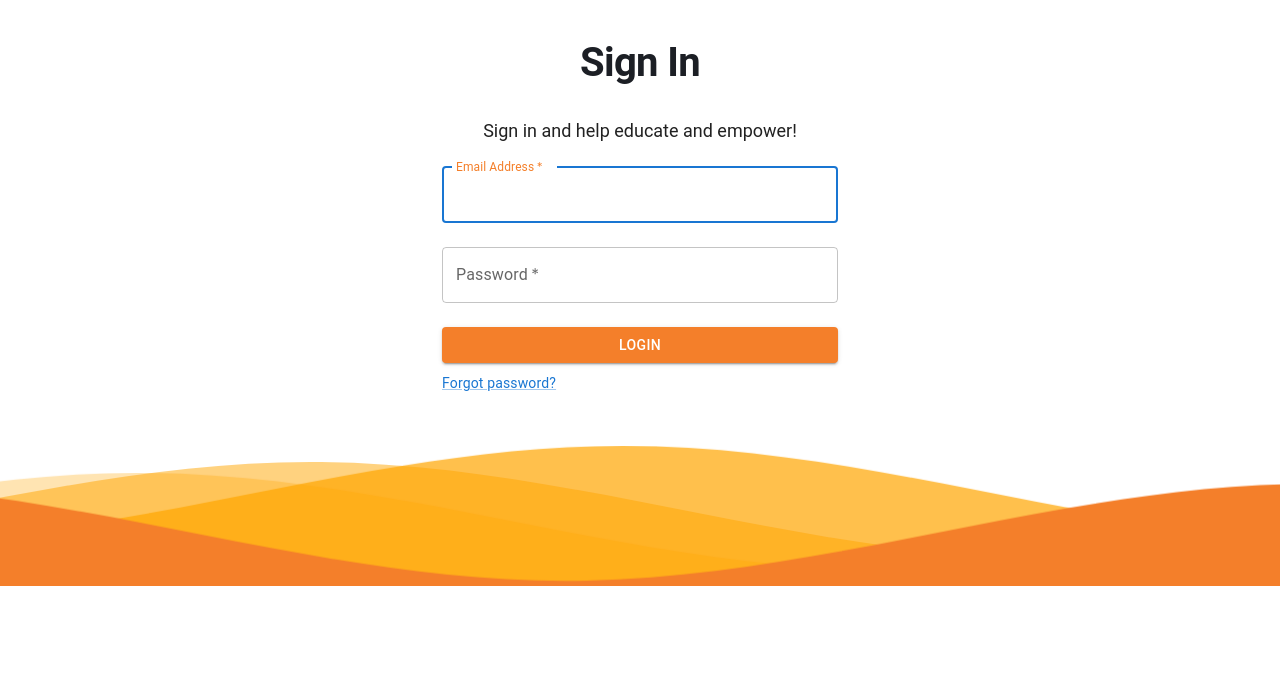
Repository: shubhampirate/Google_Solutions_Edural
Page: /
The author's editor kept a copy of each file at every save. The page is drawn from the files as they stood at one save, then again after the next save.
The browser window is 1280 px wide. The pictures show the whole page.
The project was rebuilt for these pictures with package versions that can differ from the ones it lists, and the page was loaded fresh each time. Some packages were replaced by stand-ins written for this rebuild. Also part of the build but not shown: src/Components/CustomButton.jsx, src/Components/Navbar.jsx, src/Components/Footer.jsx, src/Components/CongratsCard.jsx, src/pages/Hero/Hero.jsx.

Above is the page before, as saved 2024-02-02 20:56:50.

### src/App.jsx
import Hero from "./pages/Hero/Hero";
import SignIn from "./pages/Sign_in";
import {useState} from "react";
function App() {
  return (
    <>
      {/* <Hero />   */}
      <SignIn />
         </>
  );
}

export default App;

### src/pages/Sign_in.jsx
import * as React from 'react';
import Avatar from '@mui/material/Avatar';
import Button from '@mui/material/Button';
import CssBaseline from '@mui/material/CssBaseline';
import TextField from '@mui/material/TextField';
import FormControlLabel from '@mui/material/FormControlLabel';
import Checkbox from '@mui/material/Checkbox';
import Link from '@mui/material/Link';
import Grid from '@mui/material/Grid';
import Box from '@mui/material/Box';
import LockOutlinedIcon from '@mui/icons-material/LockOutlined';
import Typography from '@mui/material/Typography';
import Container from '@mui/material/Container';
import { createTheme, ThemeProvider } from '@mui/material/styles';
import { styled } from "@mui/material";
import Swal from 'sweetalert2';
import CustomButton from "../Components/CustomButton";
// import { useNavigate } from 'react-router-dom';

const defaultTheme = createTheme();

export default function SignIn() {

//   const navigate = useNavigate();

  const handleSubmit = (event) => {
    event.preventDefault();
    const data = new FormData(event.currentTarget);

    const searchData = {
      email: data.get('email'),
      password: data.get('password'),
    }
    console.log({
      email: data.get('email'),
      password: data.get('password'),
    });

    // fetch(`https://wixstocle.pythonanywhere.com/api/login/`, {
    //   method: 'POST',
    //   headers: {
    //     'Content-Type': 'application/json',
    //   },
    //   body: JSON.stringify(searchData),
    // }).then((response) => response.json())
    //   .then((data) => {
    //     // console.log(data);
    //     if (data.status == true) {
    //       Swal.fire({
    //         icon: 'success',
    //         title: 'Successfully Logged In',
    //         showConfirmButton: false,
    //         timer: 3000
    //       })
    //       navigate('/dashboard')
    //     }
    //     else {
    //       Swal.fire({
    //         icon: 'error',
    //         title: data.message,
    //         showConfirmButton: false,
    //         timer: 3000
    //       })
    //     }
    //   })
    //   .catch((error) => {
    //     // console.error(error);
    //   });

  };
  const Title = styled(Typography)(({ theme }) => ({
    fontSize: "40px",
    color: "#000336",
    fontWeight: "bold",
    textAlign: "center",
    margin: theme.spacing(4, 0, 4, 0),
    [theme.breakpoints.down("sm")]: {
      fontSize: "40px",
    },
  }));


  return (
    // <ThemeProvider theme={defaultTheme}>
    //   <Container component="main" maxWidth="xs">
    //     <CssBaseline />
    //     <Box
    //       sx={{
    //         marginTop: 1,
    //         display: 'flex',
    //         flexDirection: 'column',
    //         alignItems: 'center',
    //       }}
    //     >

    //       <Title variant="h1" sx={{ color: "#1C1F25" }}>
    //         Sign In
    //       </Title>
    //       <Typography component="h2" variant="h5" sx={{ fontSize: "18px" }}>
    //         Sign in and help educate and empower !
    //       </Typography>
    //       <Box component="form" onSubmit={handleSubmit} noValidate sx={{ mt: 1 }}>
    //         <TextField
    //           margin="normal"
    //           required
    //           fullWidth
    //           id="email"
    //           label="Email Address"
    //           name="email"
    //           autoComplete="email"
    //           autoFocus
    //         />
    //         <TextField
    //           margin="normal"
    //           required
    //           fullWidth
    //           name="password"
    //           label="Password"
    //           type="password"
    //           id="password"
    //           autoComplete="current-password"
    //         />
    //         <FormControlLabel
    //           control={<Checkbox value="remember" color="primary" />}
    //           label="Remember me"
    //         />
    //         <Button
    //           type="submit"
    //           fullWidth
    //           variant="contained"

    //           sx={{ mt: 2, mb: 1 }}
    //         >
    //           Login
    //         </Button>
    //         <CustomButton
    //         type="submit"
    //           backgroundColor="#F47F2A"
    //           color="#fff"
    //           buttonText="Register"
    //           heroBtn={true}
    //         />
    //         <Grid container>
    //           <Grid item xs>
    //             <Link href="#" variant="body2">
    //               Forgot password?
    //             </Link>
    //           </Grid>

    //         </Grid>
    //       </Box>
    //     </Box>
    //   </Container>
    <ThemeProvider theme={defaultTheme}>
    <Container component="main" maxWidth="xs">
      <CssBaseline />
      <Box
        sx={{
          marginTop: 1,
          display: 'flex',
          flexDirection: 'column',
          alignItems: 'center',
        }}
      >
        <Title variant="h1" sx={{ color: "#1C1F25" }}>
            Sign In
           </Title>
        <Typography component="h2" variant="h5" sx={{ fontSize: "18px" }}>
          Sign in and help educate and empower!
        </Typography>
        <Box component="form" onSubmit={handleSubmit} noValidate sx={{ mt: 1 }}>
          <TextField
            margin="normal"
            required
            fullWidth
            id="email"
            label="Email Address"
            name="email"
            autoComplete="email"
            autoFocus
            sx={{
                '& .MuiOutlinedInput-root': {
                  '&:hover fieldset': {
                    borderColor: "#F47F2A", // Outline color on hover
                  },
                },
                '& .Mui-focused fieldset': {
                  borderColor: "#F47F2A", // Outline color when focused
                },

                '& .MuiInputLabel-root.Mui-focused': {
                  color: "#F47F2A", // Label color when focused
                },
                '& .MuiInputBase-input': {
                  color: "#F47F2A", // Text color
                },
              }}
          />
          <TextField
            margin="normal"
            required
            fullWidth
            name="password"
            label="Password"
            type="password"
            id="password"
            autoComplete="current-password"
            sx={{
                '& .MuiOutlinedInput-root': {
                  '&:hover fieldset': {
                    borderColor: "#F47F2A", // Outline color on hover
                  },
                },
                '& .Mui-focused fieldset': {
                  borderColor: "#F47F2A", // Outline color when focused
                },

                '& .MuiInputLabel-root.Mui-focused': {
                  color: "#F47F2A", // Label color when focused
                },
                '& .MuiInputBase-input': {
                  color: "#F47F2A", // Text color
                },
              }}
          />
          {/* <FormControlLabel
            control={<Checkbox value="remember" color="primary" />}
            label="Remember me"
          /> */}
          <Button
            type="submit"
            fullWidth
            variant="contained"

            sx={{
              mt: 2,
              mb: 1,
              backgroundColor: "#F47F2A", // Background color on hover
                color: "#fff", // Text color on hover
                // borderColor: "#F47F2A", //
              '&:hover': {
                backgroundColor: "#fff", // Background color on hover
                color: "#F47F2A", // Text color on hover
                borderColor: "#F47F2A", // Outline color on hover
              },
            }}
          >
            Login
          </Button>
          <Grid container>
            <Grid item xs>
              <Link href="#" variant="body2">
                Forgot password?
              </Link>
            </Grid>
          </Grid>
        </Box>
      </Box>
    </Container>
    <div style={{ marginTop: "2.5rem", marginBottom: "-1rem" }}>
  <svg
    style={{
      position: 'relative',
      width: '100%',
      height: '21vh',
    }}
    xmlns="http://www.w3.org/2000/svg"
    xmlnsXlink="http://www.w3.org/1999/xlink"
    viewBox="0 24 150 28"
    preserveAspectRatio="none"
    shapeRendering="auto"
  >
    <defs>
      <path
        id="gentle-wave"
        d="M-160 44c30 0 58-18 88-18s 58 18 88 18 58-18 88-18 58 18 88 18 v44h-352z"
      />
    </defs>
    <g className="parallax">
      <use xlinkHref="#gentle-wave" x="48" y="0" fill="rgba(255,165,0,0.7)" />
      <use xlinkHref="#gentle-wave" x="48" y="3" fill="rgba(255,165,0,0.5)" />
      <use xlinkHref="#gentle-wave" x="48" y="5" fill="rgba(255,165,0,0.3)" />
      <use xlinkHref="#gentle-wave" x="48" y="7" fill="#F47F2A" />
    </g>
  </svg>
  <style>
    {`
      .parallax > use {
        animation: move-forever 25s cubic-bezier(.55,.5,.45,.5) infinite;
      }
      .parallax > use:nth-child(1) {
        animation-delay: -2s;
        animation-duration: 7s;
      }
      .parallax > use:nth-child(2) {
        animation-delay: -3s;
        animation-duration: 10s;
      }
      .parallax > use:nth-child(3) {
        animation-delay: -4s;
        animation-duration: 13s;
      }
      .parallax > use:nth-child(4) {
        animation-delay: -5s;
        animation-duration: 20s;
      }
      @keyframes move-forever {
        0% {
          transform: translate3d(-90px,0,0);
        }
        100% {
          transform: translate3d(85px,0,0);
        }
      }
      @media (max-width: 768px) {
        .waves {
          height: 40px;
          min-height: 40px;
        }
      }
    `}
  </style>
</div>


    </ThemeProvider>
  );
}

Loaded but not shown: public/index.html (common file); src/index.js (common file); src/index.css (common file)

After the next save:
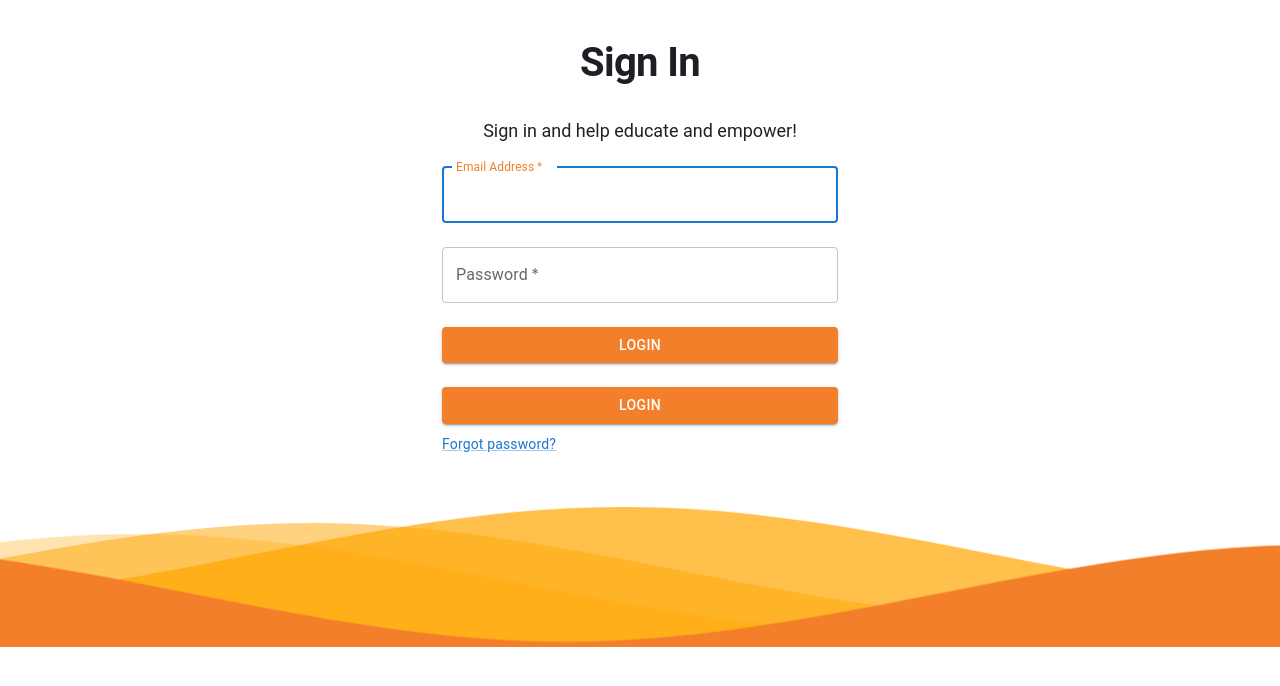
Saved 19 s later.
--- a/src/pages/Sign_in.jsx
+++ b/src/pages/Sign_in.jsx
@@ -227,6 +227,26 @@ export default function SignIn() {
             control={<Checkbox value="remember" color="primary" />}
             label="Remember me"
           /> */}
+          <Button
+            type="submit"
+            fullWidth
+            variant="contained"
+
+            sx={{
+              mt: 2,
+              mb: 1,
+              backgroundColor: "#F47F2A", // Background color on hover
+                color: "#fff", // Text color on hover
+                // borderColor: "#F47F2A", //
+              '&:hover': {
+                backgroundColor: "#fff", // Background color on hover
+                color: "#F47F2A", // Text color on hover
+                borderColor: "#F47F2A", // Outline color on hover
+              },
+            }}
+          >
+            Login
+          </Button>
           <Button
             type="submit"
             fullWidth
